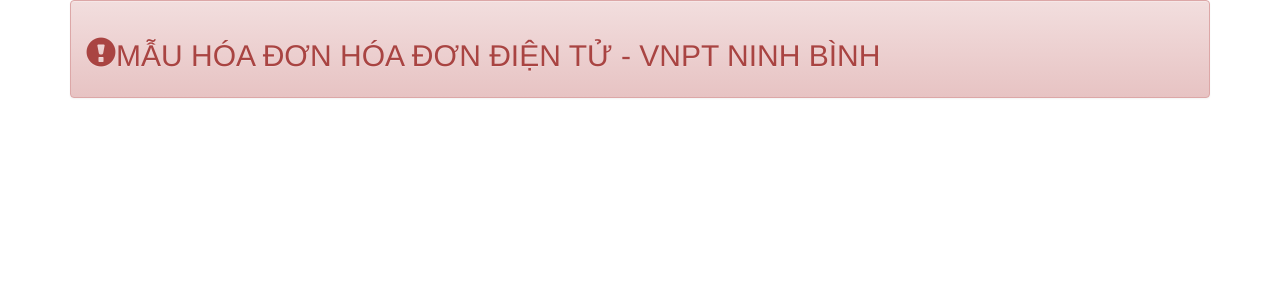
Repository: hoadonvnptninhbinh/hoadonvnptninhbinh
Page: index.html
An editor plug-in stored every save of this project. The page is shown before and after the next save, followed by the edit.
The browser window is 1280 px wide. The pictures show the whole page.

Above is the page before, as saved 2020-04-07 14:11:42.

### index.html
<!DOCTYPE html>
<html lang="en">
  <head>
    <meta charset="utf-8">
    <meta http-equiv="X-UA-Compatible" content="IE=edge">
    <meta name="viewport" content="width=device-width, initial-scale=1">
    <!-- The above 3 meta tags *must* come first in the head; any other head content must come *after* these tags -->
    <title>VNPT Ninh Bình - Mẫu Hóa Đơn HDĐT</title>

    <!-- Bootstrap -->
    <link href="plugin/bootstrap/css/bootstrap.min.css" rel="stylesheet">
    <link href="plugin/bootstrap/css/bootstrap-theme.min.css" rel="stylesheet">

  </head>
  <body>
      <div class='container'>
            <div class="alert alert-danger" role="alert">
                <h2><span class="glyphicon glyphicon-exclamation-sign"></span>MẪU HÓA ĐƠN HÓA ĐƠN ĐIỆN TỬ - VNPT NINH BÌNH</h2>
            </div>

      </div>

    <!-- jQuery (necessary for Bootstrap's JavaScript plugins) -->
    <script src="js/jquery.min.js"></script>
    <!-- Include all compiled plugins (below), or include individual files as needed -->
    <script src="plugin/bootstrap/js/bootstrap.min.js"></script>
  </body>
</html>

Loaded but not shown: plugin/bootstrap/css/bootstrap.min.css (library); plugin/bootstrap/css/bootstrap-theme.min.css (library); js/jquery.min.js (library); plugin/bootstrap/js/bootstrap.min.js (library)

After the next save:
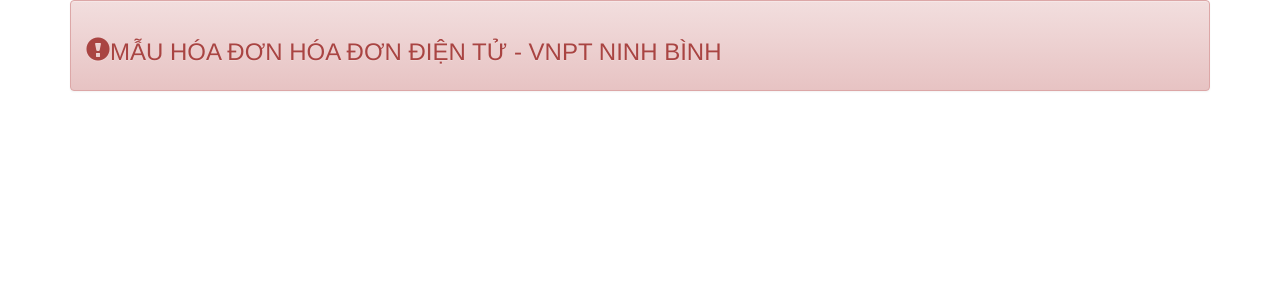
Saved 7 s later.
--- a/index.html
+++ b/index.html
@@ -15,7 +15,7 @@
   <body>
       <div class='container'>
             <div class="alert alert-danger" role="alert">
-                <h2><span class="glyphicon glyphicon-exclamation-sign"></span>MẪU HÓA ĐƠN HÓA ĐƠN ĐIỆN TỬ - VNPT NINH BÌNH</h2>
+                <h3><span class="glyphicon glyphicon-exclamation-sign"></span>MẪU HÓA ĐƠN HÓA ĐƠN ĐIỆN TỬ - VNPT NINH BÌNH</h3>
             </div>
 
       </div>
